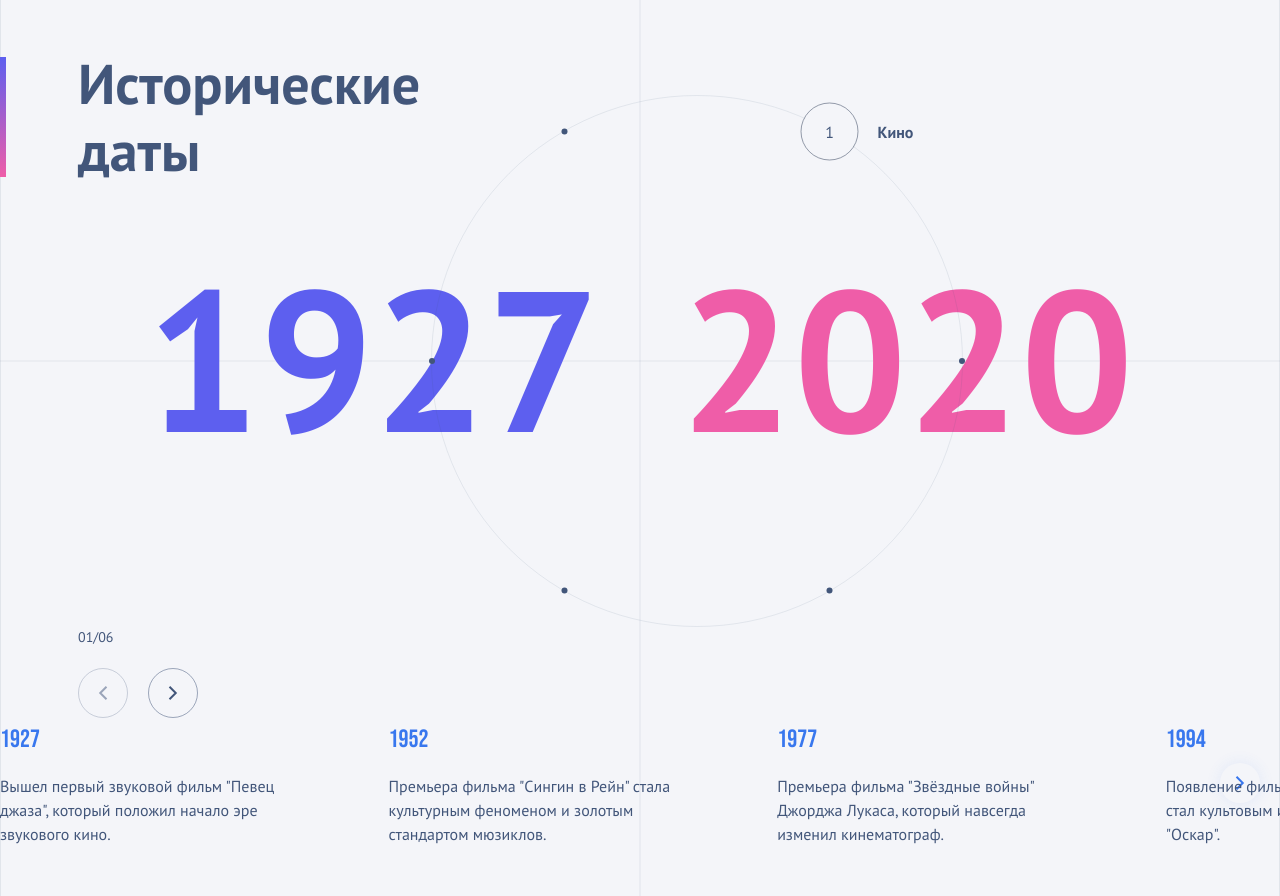
Repository: LenarTulupov/only
Page: /
These files come from the project's save history. The page is drawn as it stood at one moment and after the next save; the edit follows.
The browser window is 1280 px wide. The pictures show the whole page.
The project was rebuilt for these pictures with package versions that can differ from the ones it lists, and the page was loaded fresh each time.

Above is the page before, as saved 2024-12-18 13:35:27.

### public/index.html
<!DOCTYPE html>
<html lang="en">
  <head>
    <meta charset="utf-8" />
    <link rel="icon" href="%PUBLIC_URL%/favicon.ico" />
    <meta name="viewport" content="width=device-width, initial-scale=1" />
    <meta name="theme-color" content="#000000" />
    <meta
      name="description"
      content="Web site created using create-react-app"
    />
    <link rel="apple-touch-icon" href="%PUBLIC_URL%/logo192.png" />
    <link rel="manifest" href="%PUBLIC_URL%/manifest.json" />
    <title>Only Test</title>
  </head>
  <body>
    <noscript>You need to enable JavaScript to run this app.</noscript>
    <div id="root"></div>
  </body>
</html>

### src/index.tsx
import React from 'react';
import ReactDOM from 'react-dom/client';
import Router from './router/router';
import './globals.scss'

const root = ReactDOM.createRoot(
  document.getElementById('root') as HTMLElement
);
root.render(
  <React.StrictMode>
    <Router />
  </React.StrictMode>
);

### src/router/router.tsx
import { BrowserRouter, Route, Routes } from "react-router-dom";
import HomePage from "../pages/home/page";
import PagesLayout from "../layouts/pages-layout";

export default function Router() {
  return (
    <BrowserRouter>
      <Routes>
        <Route element={<PagesLayout />}>
          <Route path="/" element={<HomePage />} />
        </Route>
      </Routes>
    </BrowserRouter>
  )
};

### src/globals.scss
@import url('https://fonts.googleapis.com/css2?family=Bebas+Neue&family=PT+Sans:wght@400;700&display=swap');

:root {
  --background-color: #F4F5F9;
  --main-color: #42567a;
  --main-color-rgba: rgba(66, 86, 122, 0.5);
  --accent-color: #5D5FEF;
  --light-accent-color: #3877EE;
  --accent-second: #EF5DA8;
  --font-main: "PT Sans", serif;
  --font-second: "Bebas Neue", serif;
  --line-height: 150%;
  --font-size-main: 56px;
  --font-size-small: 14px;
  --font-size-big: 200px;
}
body {
  margin: 0;
  padding: 0;
  background-color: var(--background-color);
  color: var(--black-color);
  font-family: var(--font-main);
  line-height: var(--line-height);
}
ul {
  padding: 0;
  margin: 0;
}

li {
  list-style-type: none;
}

a {
  color: var(--black-color);
  text-decoration: none;
}

h1 {
  margin: 0;
}

### src/pages/home/page.tsx
import Container from "../../components/ui/container/container";
import Divider from "../../components/ui/divider/divider";
import HistorySection from "./history/history";
import styles from './page.module.scss';

export default function HomePage() {
  return (
    <div className={styles['home-page']}>
      <Container>
        <div className={styles['home-page__wrapper']}>
          <Divider
            position="vertical"
            className={styles.divider_vertical}
          />
          <HistorySection />
        </div>
      </Container>
    </div>
  )
};

### src/layouts/pages-layout.tsx
import { Outlet } from 'react-router-dom';
import styles from './pages-layout.module.scss';

export default function PagesLayout() {
  return (
    <div className={styles['pages-layout']}>
      <Outlet />
    </div>
  )
};

### src/components/ui/container/container.tsx
import { ReactNode } from "react"
import styles from './container.module.scss';

interface IContainer {
  children: ReactNode;
}

export default function Container({ children }: IContainer) {
  return (
    <div className={styles.container}>
      {children}
    </div>
  )
};

### src/components/ui/divider/divider.tsx
import styles from './divider.module.scss';

interface IDivider {
  position?: 'horizontal' | 'vertical';
  className?: string;
}

export default function Divider({
  position = 'horizontal', className }: IDivider) {
  return <div className={`
    ${styles.divider}
    ${styles[`divider_${position}`]}
    ${className || ''}
  `}/>
};

### src/pages/home/history/history.tsx
import { useState } from 'react';
import Divider from '../../../components/ui/divider/divider';
import Title from '../../../components/ui/title/title';
import Circle from './circle/circle';
import Dates from './dates/dates';
import HistorySlider from './history-slider/history-slider';
import styles from './history.module.scss';
import StepNavigation from './step-navigation/step-navigation';
import { circleItems } from '../../../constants/circle-items';

export default function HistorySection() {
  const [activeButton, setActiveButton] = useState<number>(1);
  const activeCategory = circleItems.find((item) => item.id === activeButton);
  const firstDate = activeCategory?.events[0]?.year;
  const lastDate = activeCategory?.events.at(-1)?.year;

  return (
    <section className={styles.history}>
      <div className={styles.history__content}>
        <div className={styles['history__content-col-1']}>
          <Title className={styles.history__title} showBefore>
            Исторические даты
          </Title>
          <div>
            <Circle
              className={styles.circle}
              activeButton={activeButton}
              setActiveButton={setActiveButton}
            />
          </div>
        </div>
        <StepNavigation
          className={styles['step-navigation']}
          activeButton={activeButton}
          setActiveButton={setActiveButton}
        />
        <Divider
          position="horizontal"
          className={styles.divider_horizontal}
        />
        <Dates
          className={styles.dates}
          firstDate={firstDate}
          lastDate={lastDate}
        />
      </div>
      <HistorySlider
        activeCategory={activeCategory}
        className={styles['history-slider']}
      />
    </section>
  )
};

### src/pages/home/page.module.scss
.home-page {
  &__wrapper {
    position: relative;
    min-height: 100vh;
    .divider_vertical {
      position: absolute;
      top: 0;
      left: 50%;
      transform: translateX(-50%);
      z-index: -10;
    }
  }

  /* Линия слева */
  &__wrapper::before {
    content: "";
    position: absolute;
    top: 0;
    bottom: 0;
    left: 0;
    width: 1px;
    background-color: var(--main-color);
    opacity: 0.1;
  }

  /* Линия справа */
  &__wrapper::after {
    content: "";
    position: absolute;
    top: 0;
    bottom: 0;
    right: 0;
    width: 1px;
    background-color: var(--main-color);
    opacity: 0.1;
  }
  /* Линий по центру горизонтальная */

  /* Линий по центру вертикальная */
}

### src/components/ui/container/container.module.scss
.container {
  max-width: 1440px;
  margin: 0 auto;
}

### src/components/ui/divider/divider.module.scss
.divider {
  background-color: var(--main-color);
  opacity: 0.1;
  &_horizontal {
    width: 100%;
    height: 1px;
  }
  &_vertical {
    width: 1px;
    height: 100%;
  }
}

### src/components/ui/title/title.tsx
import { ReactNode } from 'react';
import styles from './title.module.scss';

interface ITitle {
  children: ReactNode;
  className?: string;
  color?: 'main' | 'blue' | 'light-blue' | 'pink';
  size?: 'main' | 'small'| 'big';
  showBefore?: boolean;
}

export default function Title({
  children,
  className,
  color = 'main',
  size = 'main',
  showBefore = false }: ITitle) {
  return (
    <h1
      className={`
        ${styles.title}
        ${className || ''}
        ${styles[`title__color-${color}`]}
        ${styles[`title__size-${size}`]}
        ${showBefore ? styles['title_before'] : ''}
      `}>
      {children}
    </h1>
  )
};

### src/pages/home/history/circle/circle.tsx
import { useEffect, useRef, Dispatch, SetStateAction } from 'react';
import { gsap } from 'gsap';
import { circleItems } from '../../../../constants/circle-items';
import styles from './circle.module.scss';
import Dates from '../dates/dates';

interface ICircle {
  className?: string;
  activeButton: number;
  setActiveButton: Dispatch<SetStateAction<number>>;
}

export default function Circle({
  className,
  activeButton,
  setActiveButton }: ICircle) {
  const circleRef = useRef<HTMLDivElement>(null);
  const buttonsRef = useRef<HTMLDivElement[]>([]);

  const handleActiveButton = (btnId: number) => {
    setActiveButton(btnId);
  };

  useEffect(() => {
    const rotationAngle = (1 - activeButton) * 60;
    gsap.to(circleRef.current, {
      rotate: rotationAngle,
      duration: 0.5,
      ease: 'power2.out',
    });

    buttonsRef.current.forEach((btn) => {
      let buttonRotation = 0;

      switch (activeButton) {
        case 2:
          buttonRotation = 60;
          break;
        case 3:
          buttonRotation = 120;
          break;
        case 4:
          buttonRotation = 180;
          break;
        case 5:
          buttonRotation = 240;
          break;
        case 6:
          buttonRotation = 300;
          break;
        default:
          buttonRotation = 0;
          break;
      }

      gsap.to(btn, {
        rotate: buttonRotation,
        duration: 0.5,
        ease: 'power2.out',
      });
    });
  }, [activeButton]);

  return (
    <div ref={circleRef} className={`${styles.circle} ${className || ''}`}>
      {circleItems.map((item, index) => {
        const btnId = index + 1;
        return (
          <div
            key={btnId}
            ref={(el) => (buttonsRef.current[index] = el!)}
            className={`
                ${styles[`circle__btn-${btnId}`]}
                ${styles.circle__btn}
                ${activeButton === btnId ? styles.active : ''}
              `}
            onClick={() => handleActiveButton(btnId)}
          >
            {btnId}
            <span
              className={`
                  ${styles['sub-title']}
                  ${activeButton === btnId ? styles.active : ''}
                `}
            >
              {item.category}
            </span>
          </div>
        );
      })}
    </div>
  );
}

### src/pages/home/history/dates/dates.tsx
import { useEffect, useState } from 'react';
import Title from '../../../../components/ui/title/title';
import styles from './dates.module.scss';

interface IDates {
  className?: string;
  firstDate: string;
  lastDate: string;
}

export default function Dates({ className, firstDate, lastDate }: IDates) {
  const [currentFirstDate, setCurrentFirstDate] = useState(Number(firstDate));
  const [currentLastDate, setCurrentLastDate] = useState(Number(lastDate));

  useEffect(() => {
    const animateNumber = (
      from: number,
      to: number,
      setNumber: React.Dispatch<React.SetStateAction<number>>
    ) => {
      const stepTime = 20;
      const steps = 50;
      const delta = (to - from) / steps;

      let currentStep = 0;
      const interval = setInterval(() => {
        currentStep += 1;
        const nextValue = from + delta * currentStep;
        setNumber(Math.round(nextValue));

        if (currentStep >= steps) {
          clearInterval(interval);
          setNumber(to);
        }
      }, stepTime);
    };

    animateNumber(Number(currentFirstDate), Number(firstDate), setCurrentFirstDate);
    animateNumber(Number(currentLastDate), Number(lastDate), setCurrentLastDate);
  }, [firstDate, lastDate]);
  return (
    <div className={`${styles.dates} ${className || ''}`}>
      <Title color='blue' size='big'>{currentFirstDate}</Title>
      <Title color='pink' size='big'>{currentLastDate}</Title>
    </div>
  )
};

### src/pages/home/history/history.module.scss
.history {
  padding: 50px 0;
  &__title {
    line-height: 1.2;
    width: 353px;
    padding-left: 78px;
    height: fit-content;

  }
  &__content {
    position: relative;
    width: 100%;
    // display: grid;
    // grid-template-columns: repeat(3, 1fr);

    display: flex;
    flex-direction: column;
    height: 615px;
    &-col-1 {
      // display: flex;

      display: grid;
      grid-template-columns: auto 1fr auto;
      // flex-direction: column;
      // justify-content: space-between;
    }
  }
}
.circle {
  // position: absolute;
  // top: 0;
  // left: 50%;
  // transform: translate(-50%);
  margin-top: 45px;
}
.divider_horizontal {
  position: absolute;
  top: calc(50% + 3px);
  left: 0;
  transform: translateY(-50%);
  z-index: -10;
}
.step-navigation {
  padding-left: 78px;
}

### src/pages/home/history/step-navigation/step-navigation.tsx
import { Dispatch, SetStateAction } from "react";
import NavigationButtons from "./navigation-buttons/navigation-buttons";
import SliderStep from "./slider-step/slider-step";
import styles from './step-navigation.module.scss';

interface IStepNavigation {
  className?: string;
  activeButton: number;
  setActiveButton: Dispatch<SetStateAction<number>>;
}

export default function StepNavigation({
  className,
  activeButton,
  setActiveButton }: IStepNavigation) {

    const handleNext = () => {
      setActiveButton((p) => (p < 6 ? p + 1 : 1));
    };

    const handlePrev = () => {
      setActiveButton((p) => (p > 1 ? p - 1 : 6));
    };

    return (
      <div className={`${styles['step-navigation']} ${className || ''}`}>
        <SliderStep activeButton={activeButton} />
        <NavigationButtons
          handleNext={handleNext}
          handlePrev={handlePrev}
          isBeginning={activeButton === 1}
          isEnd={activeButton === 6}
        />
      </div>
    );
};

### src/components/ui/title/title.module.scss
.title {
  line-height: 150%;
  position: relative;
  &::before {
    content: "";
    position: absolute;
    top: 50%;
    transform: translateY(-50%);
    left: 0;
    height: 120px;
    width: 6px;
    background: linear-gradient(to bottom, var(--accent-color) 0%, var(--accent-second) 100%);
    visibility: hidden;
  }
  &.title_before::before {
    visibility: visible; // Показываем псевдоэлемент
  }
  &__color-main {
    color: var(--main-color);
  }

  &__color-blue {
    color: var(--accent-color);
  }
  &__color-light-blue {
    color: var(--light-accent-color);
  }

  &__color-pink {
    color: var(--accent-second);
  }

  &__size-main {
    font-size: var(--font-size-main);
  }
  &__size-small {
    font-size: var(--font-size-small);
  }

  &__size-big {
    font-size: var(--font-size-big);
  }
}

### src/pages/home/history/circle/circle.module.scss
.circle {
  position: relative;
  width: 530px;
  height: 530px;
  border: 1px solid rgba(66, 86, 122, 0.1);
  border-radius: 100%;
  display: flex;
  justify-content: center;
  align-items: center;
  transform-origin: center;
}

.circle__btn {
  position: absolute;
  display: flex;
  align-items: center;
  justify-content: center;
  width: 6px;
  height: 6px;
  border: none;
  background-color: var(--main-color);
  border-radius: 100%;
  color: var(--main-color);
  line-height: 30px;
  font-size: 0;
  cursor: pointer;
  transition: width .3s ease-in-out, height .3s ease-in-out, font-size .3s ease-in-out;

  &::before {
    content: "";
    position: absolute;
    top: 50%;
    left: 50%;
    transform: translate(-50%, -50%);
    width: 25px;
    height: 25px;
    border-radius: 100%;
    background: transparent;
  }

  .sub-title {
    position: absolute;
    top: 50%;
    left: 0;
    transform: translateY(-50%);
    margin-left: 76px;
    font-weight: bold;
    opacity: 0;
    transition: opacity 0.3s ease-in-out;
  }

  .sub-title.active {
    opacity: 1;
  }

  &:hover,
  &.active {
    width: 56px;
    height: 56px;
    font-size: 16px;
    background-color: #F4F5F9;
    outline: 1px solid rgba(48, 62, 88, 0.5);
  }

  &-1 {
    transform: rotate(300deg) translateX(265px) rotate(60deg);
  }

  &-2 {
    transform: rotate(0deg) translateX(265px) rotate(0deg);
  }

  &-3 {
    transform: rotate(60deg) translateX(265px) rotate(-60deg);
  }

  &-4 {
    transform: rotate(120deg) translateX(265px) rotate(-120deg);
  }

  &-5 {
    transform: rotate(180deg) translateX(265px) rotate(-180deg);
  }

  &-6 {
    transform: rotate(240deg) translateX(265px) rotate(-240deg);
  }
}

### src/pages/home/history/dates/dates.module.scss
.dates {
  position: absolute;
  top: 50%;
  left: 50%;
  transform: translate(-50%, -50%);
  display: flex;
  gap: 80px;
  z-index: -1;
}

### src/pages/home/history/history-slider/slider-content/slider-content.tsx
import Text from "../../../../../components/ui/text/text";
import Title from "../../../../../components/ui/title/title";
import styles from './slider-content.module.scss';

interface ISliderContent {
  year: string;
  text: string;
}

export default function SliderContent({ year, text }: ISliderContent) {
  return (
    <div className={styles['slider-content']}>
      <Title
        size="small"
        color="light-blue"
        className={styles['slider-content__title']}
      >
        {year}
      </Title>
      <Text text={text} />
    </div>
  )
};

### src/components/ui/content-container/content-container.tsx
import { ReactNode } from 'react';
import styles from './content-container.module.scss';

interface IContentContainer {
  children: ReactNode;
}

export default function ContentContainer({ children }: IContentContainer) {
  return (
    <div className={styles['content-container']}>
      {children}
    </div>
  )
};

### src/components/ui/arrow-button/arrow-button.tsx
import styles from './arrow-button.module.scss';

interface IArrowButton {
  rotation?: 'left' | 'right'
  onClick?: () => void;
  slider?: boolean;
  disabled?: boolean;
  className?: string;
}

export default function ArrowButton({
  rotation,
  onClick,
  slider = false,
  disabled = false,
  className}: IArrowButton) {
  return (
    <button
      className={`
        ${styles['arrow-button']}
        ${styles[rotation]}
        ${slider ? styles['arrow-button_slider'] : ''}
        ${className || ''}
        ${disabled ? styles.disabled : ''}
      `}
      onClick={onClick}
      disabled={disabled}
    >
      <svg width="10" height="14" viewBox="0 0 10 14" fill="none" xmlns="http://www.w3.org/2000/svg">
        <path d="M8.49988 0.750001L2.24988 7L8.49988 13.25" stroke="#42567A" stroke-width="2" />
      </svg>
    </button>
  )
};

### src/pages/home/history/history-slider/history-slider.module.scss
.history-slider {
  position: relative;
  margin-top: 56px;
}
.next {
  position: absolute;
  top: 50%;
  transform: translateY(-50%);
  right: 20px;
}
.prev {
  position: absolute;
  top: 50%;
  transform: translateY(-50%);
  left: 20px;
}

.fade-out {
  opacity: 0;
  transition: opacity 0.5s ease;
}
.fade-in {
  opacity: 1;
  transition: opacity 0.5s ease;
}

### src/pages/home/history/step-navigation/navigation-buttons/navigation-buttons.tsx
import ArrowButton from '../../../../../components/ui/arrow-button/arrow-button';
import styles from './navigation-buttons.module.scss';

interface INavigationButtons {
  handleNext: () => void;
  handlePrev: () => void;
  isBeginning: boolean;
  isEnd: boolean;
}

export default function NavigationButtons({
  handleNext,
  handlePrev,
  isBeginning,
  isEnd }: INavigationButtons) {
  return (
    <div className={styles['navigation-buttons']}>
      <ArrowButton
        onClick={handlePrev}
        disabled={isBeginning}
      />
      <ArrowButton
        rotation='right'
        onClick={handleNext}
        disabled={isEnd}
      />
    </div>
  );
};

### src/pages/home/history/step-navigation/slider-step/slider-step.tsx
import Title from "../../../../../components/ui/title/title";
import styles from './slider-step.module.scss';

interface ISliderStep {
  activeButton: number;
}

export default function SliderStep({ activeButton }: ISliderStep) {
  return <Title size="small" className={styles.font}>0{activeButton}/06</Title>
};

### src/pages/home/history/step-navigation/step-navigation.module.scss
.step-navigation {
  display: flex;
  flex-direction: column;
  row-gap: 20px;
}

### src/components/ui/text/text.tsx
import styles from './text.module.scss';

interface IText {
  text: string;
}

export default function Text({ text }: IText) {
  return (
    <div className={styles.text}>
        { text }
    </div>
  )
};

### src/pages/home/history/history-slider/slider-content/slider-content.module.scss
.slider-content {
  display: flex;
  flex-direction: column;
  row-gap: 15px;
  cursor: grabbing;
  &__title {
    font-family: var(--font-second);
    font-weight: 400;
    font-size: 25px;
  }
}

### src/components/ui/content-container/content-container.module.scss
.content-container {
  max-width: calc(1440px - 160px);
  margin: 0 auto;
}

### src/components/ui/arrow-button/arrow-button.module.scss
.arrow-button {
  width: 50px;
  height: 50px;
  display: flex;
  align-items: center;
  justify-content: center;
  border: 1px solid var(--main-color-rgba);
  background-color: transparent;
  border-radius: 100%;
  cursor: pointer;
}
.arrow-button_slider {
  width: 40px;
  height: 40px;
  border: none;
  box-shadow: 0 0 15px 0 rgba(56, 119, 238, 0.1);
  svg path {
    stroke: var(--light-accent-color);
  }
}
.left {
  transform: rotate(0deg);
}
.right {
  transform: rotate(180deg);
}
.disabled {
  opacity: .5;
  cursor: auto;
}

### src/pages/home/history/step-navigation/navigation-buttons/navigation-buttons.module.scss
.navigation-buttons {
  display: flex;
  column-gap: 20px;
}
.disabled {
  opacity: .5;
  cursor: auto;
}

### src/pages/home/history/step-navigation/slider-step/slider-step.module.scss
.font {
  font-weight: 400;
}

### src/components/ui/text/text.module.scss
.text {
  color: var(--main-color);
}

Loaded but not shown: src/constants/circle-items.ts (122 lines, source omitted); src/pages/home/history/history-slider/history-slider.tsx (119 lines, source omitted); src/layouts/pages-layout.module.scss (no stored copy; drawn as an empty file)

After the next save:
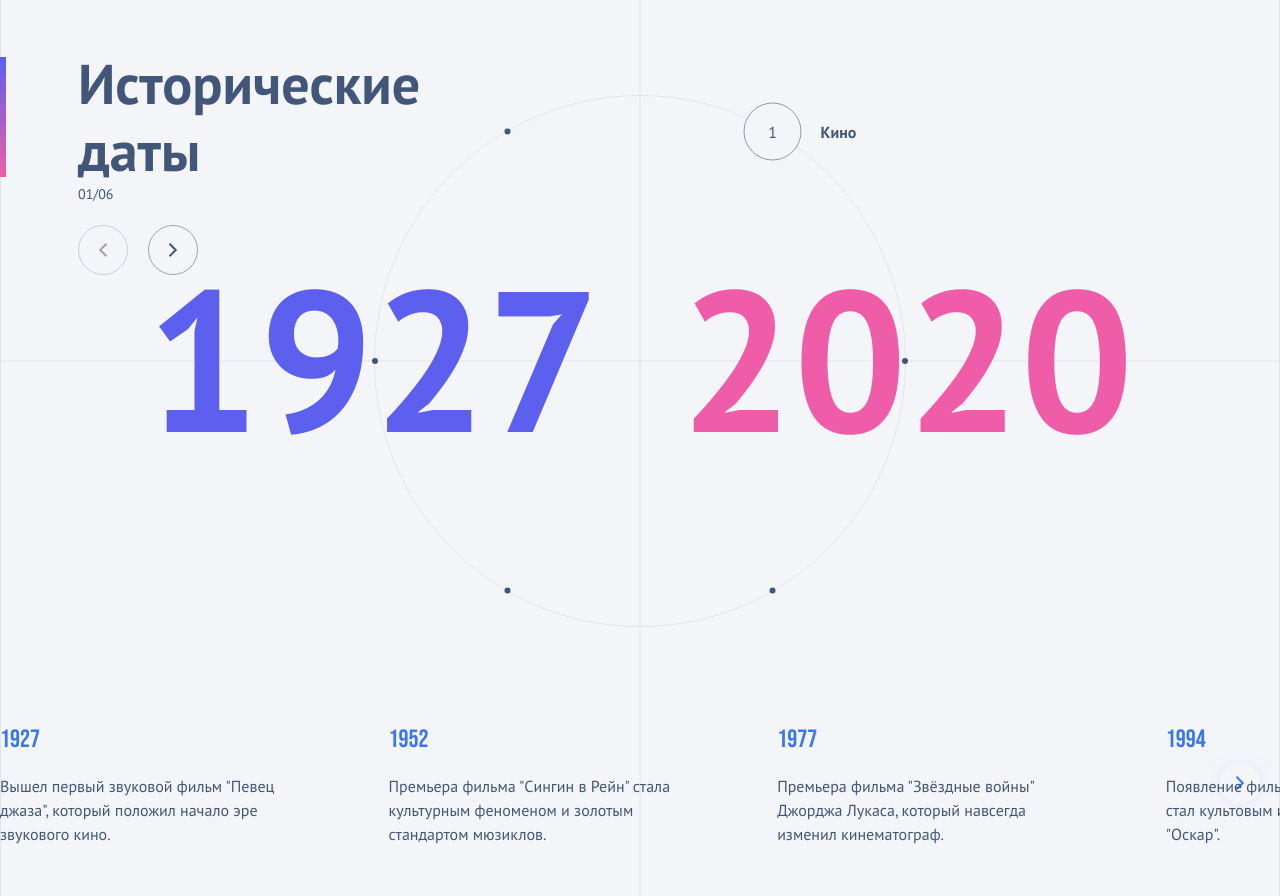
Saved 51 s later.
--- a/src/pages/home/history/history.module.scss
+++ b/src/pages/home/history/history.module.scss
@@ -27,10 +27,10 @@
   }
 }
 .circle {
-  // position: absolute;
-  // top: 0;
-  // left: 50%;
-  // transform: translate(-50%);
+  position: absolute;
+  top: 0;
+  left: 50%;
+  transform: translate(-50%);
   margin-top: 45px;
 }
 .divider_horizontal {
